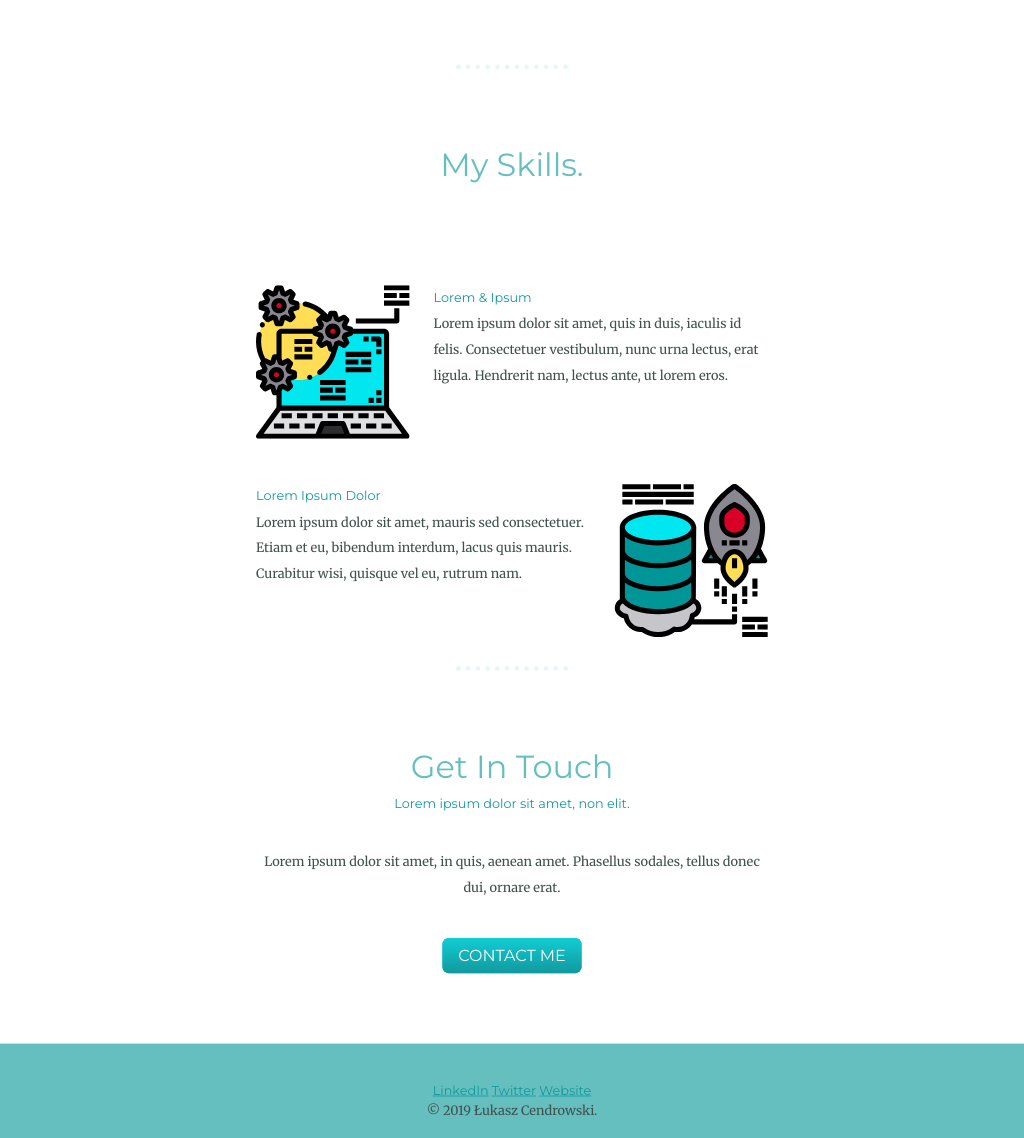
Repository: Isanderr/simple_landing_page-1
Page: index.html
The author's editor kept a copy of each file at every save. The page is drawn from the files as they stood at one save, then again after the next save.
The browser window is 1280 px wide. The pictures show the part of the page from y = 958 to 2381 px (the page is 2381 px tall before and 2189 px after), at 80% of full size.
A picture or video elsewhere on the page could not be fetched, so the positions and the page height are approximate.

Above is the page before, as saved 2019-02-01 18:05:24.

After the next save:
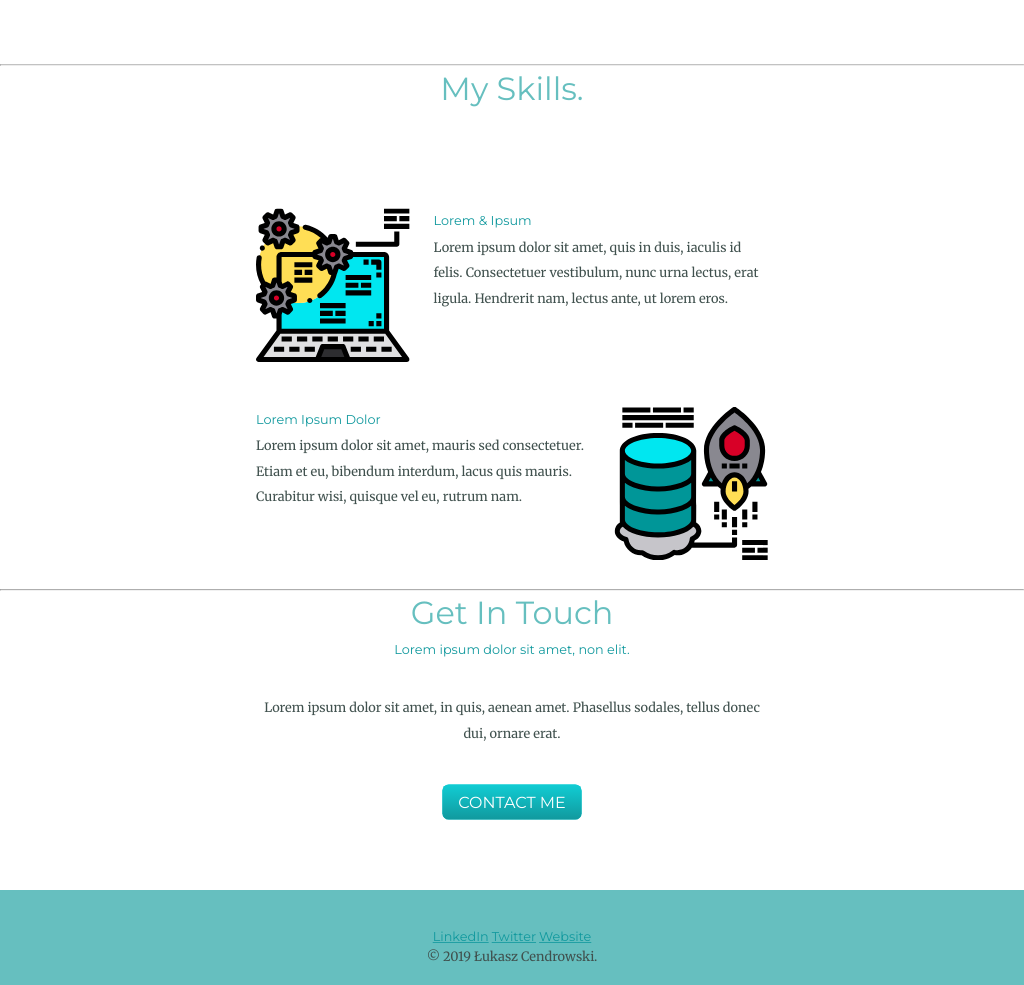
Saved 20 s later.
--- a/css/styles.css
+++ b/css/styles.css
@@ -28,6 +28,8 @@
     font-family: 'Montserrat', sans-serif;
     color: #11999E;
     line-height: 2;
+    font-weight: 500;
+}
 
 }
 

After the 4 saves that followed:
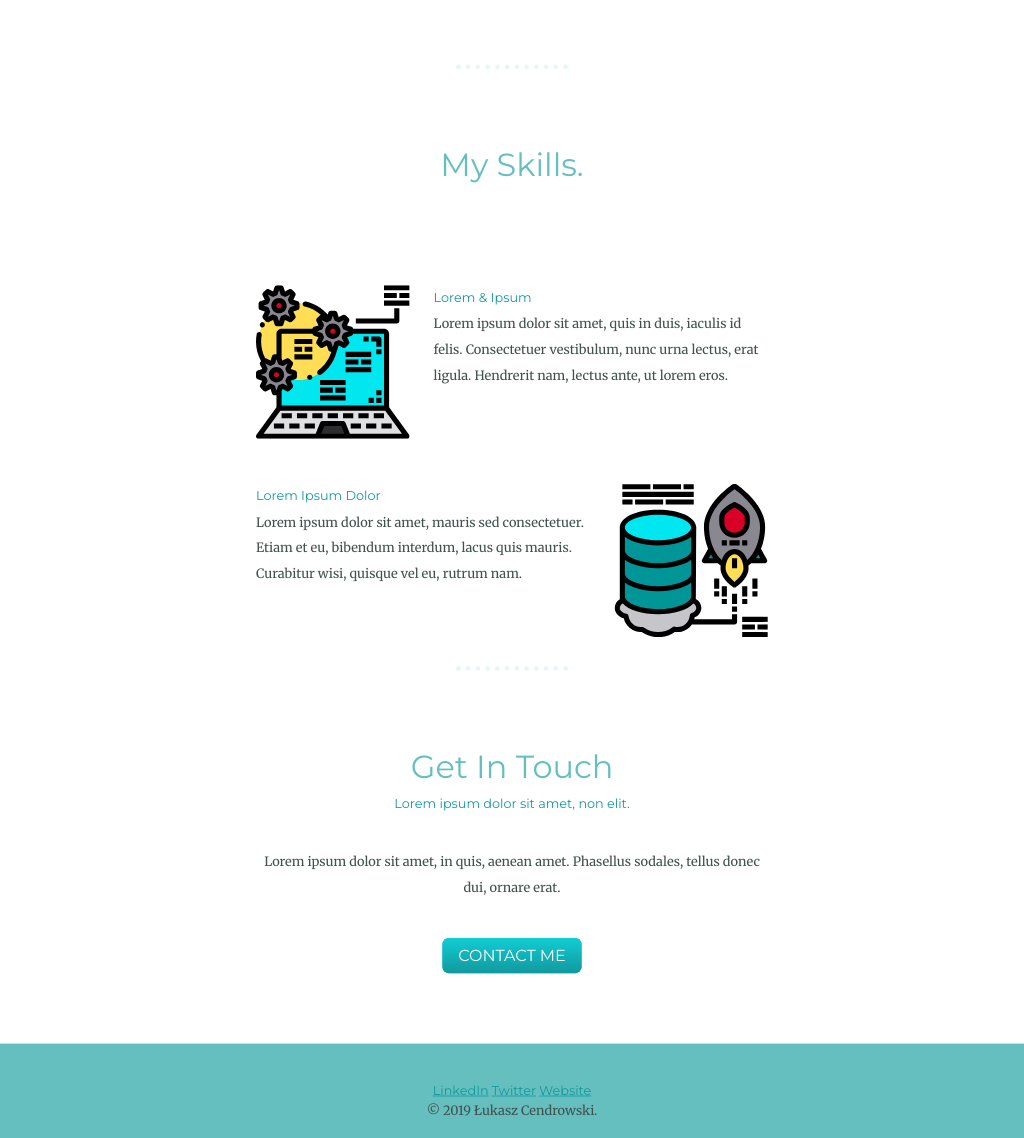
The 4 saves are shown as one change because 2 left the picture as it was and some came seconds apart.
The last was saved 23 s later.
--- a/css/styles.css
+++ b/css/styles.css
@@ -22,14 +22,12 @@
     color: #66bfbf;
     font-weight: normal;
     padding-bottom: 10px;
-    font-weight: 500;
+
 }
 h3 {
     font-family: 'Montserrat', sans-serif;
     color: #11999E;
     line-height: 2;
-    font-weight: 500;
-}
 
 }
 
